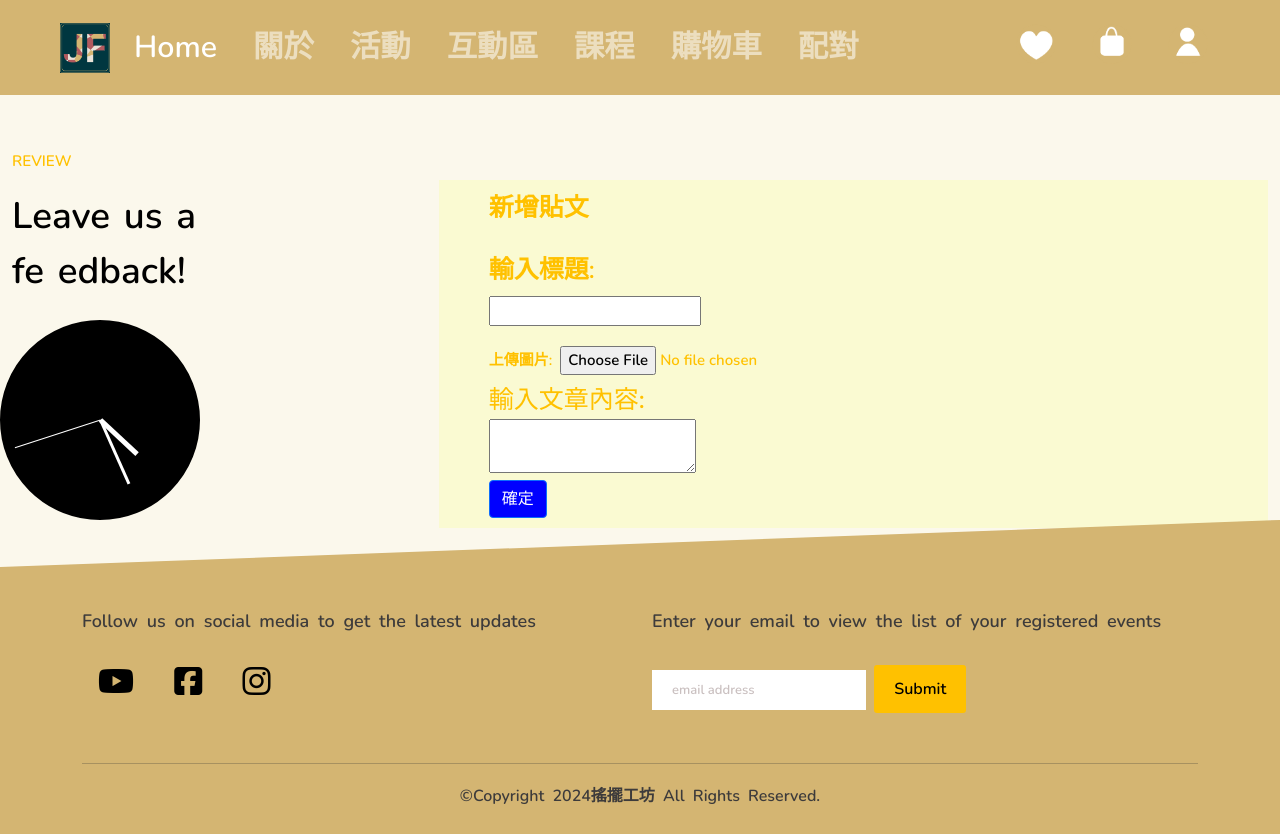
Repository: mmmooonnn0211/project
Page: workspace/demoSpringBoot-1/src/main/resources/static/html/LTInsertFront.html
An editor plug-in stored every save of this project. The page is shown before and after the next save, followed by the edit.
The browser window is 1280 px wide. The pictures show the whole page.
Some web libraries are served in a nearby version.

Above is the page before, as saved 2024-05-09 13:47:11.
Console error: ReferenceError: jQuery is not defined

### workspace/demoSpringBoot-1/src/main/resources/static/html/LTInsertFront.html
<!DOCTYPE html>
<html lang="en">

<head>
	<meta charset="UTF-8">
	<meta name="viewport" content="width=device-width, initial-scale=1.0">
	<style>
		.main {
			min-height: 55vh;
			/* 让 .slant 至少占据整个视口高度 */

		}

		.clock {
			width: 200px;
			height: 200px;
			border: 2px solid #000;
			border-radius: 50%;
			background-color: #000;
			position: relative;
			margin-top: -20%;
		}

		.hour,
		.minute,
		.second {
			position: absolute;
			background-color: white;
			transform-origin: bottom center;
			/* 將旋轉的中心設置為底部中心 */
		}

		.hour {
			width: 5px;
			height: 50px;
			left: calc(50% - 2.5px);
			/* 計算時鐘中心 */
			bottom: 50%;
			background-color: white;
			/* 時針顏色：紅色 */
		}

		.minute {
			width: 3px;
			height: 70px;
			left: calc(50% - 1.5px);
			/* 計算時鐘中心 */
			bottom: 50%;
			background-color: white;
			/* 分針顏色：藍色 */
		}

		.second {
			width: 1px;
			height: 90px;
			left: calc(50% - 0.5px);
			/* 計算時鐘中心 */
			bottom: 50%;
			background-color: white;
			/* 秒針顏色：綠色 */
		}
	</style>
	<!-- Bootstrap CSS -->
	<link href="https://cdn.jsdelivr.net/npm/bootstrap@5.0.0-beta3/dist/css/bootstrap.min.css" rel="stylesheet"
		integrity="sha384-eOJMYsd53ii+scO/bJGFsiCZc+5NDVN2yr8+0RDqr0Ql0h+rP48ckxlpbzKgwra6" crossorigin="anonymous">
	<script src="https://kit.fontawesome.com/4287c80df9.js" crossorigin="anonymous"></script>

	<!--Google Font : Nunito-->
	<link rel="preconnect" href="https://fonts.gstatic.com">
	<link href="https://fonts.googleapis.com/css2?family=Nunito:wght@600&display=swap" rel="stylesheet">

	<!-- For style(All CSS content) -->
	<link rel="stylesheet" type="text/css" href="../styles/home.css" />
	<link rel="stylesheet" type="text/css" href="../styles/footer.css" />
	<link rel="stylesheet" type="text/css" href="../styles/navbar.css" />
	<link rel="icon" href="images/favicon.ico">

	<!-- JS Bundle for BS  -->
	<script src="https://cdn.jsdelivr.net/npm/popper.js@1.16.1/dist/umd/popper.min.js"
		integrity="sha384-9/reFTGAW83EW2RDu2S0VKaIzap3H66lZH81PoYlFhbGU+6BZp6G7niu735Sk7lN" crossorigin="anonymous">
		</script>

</head>


<body>



	</div>
	<!-- <section> -->
	<div class="main">
		<form method="post" action=" /LTinsertFront.controller" enctype="multipart/form-data"
			onsubmit="return validateForm();">
			<div class="container-fluid" style="margin-top: 150px;">
				<div class="row" style="margin-bottom: 100px; margin-top: 100px;">
					<div class="col-md-4" style="text-align: left;">
						<p class="review">REVIEW</p>
						<p class="feedback">Leave us a <br>fe edback!</p>
					</div>
					<div class="col-sm-8">
						<div class="container" id="cards" style="  background-color:lightgoldenrodyellow">
							<div class="" style="margin: auto;">
								<div id="sugg" class="neon-yellow" style="font-weight: bold; font-size: 25px; ">新增貼文
								</div>
								<br>
								<div id="text" class="neon-yellow" style=" font-size: 25px;">輸入標題:
								</div>
								<div style="height:50px; ">
									<input id="title" name="title" style="width: auto;" ; />
								</div>
								<div id="text" class="neon-yellow" style="font-weight: bold; font-size: 15px;">上傳圖片:
									<input type="file" id="picture" name="picture" />
								</div>

								<div id="picture" class="neon-yellow" style="font-size:25px; ">
									輸入文章內容:
								</div>
								<textarea id="content" name="content"></textarea>

								<div>
									<button type="submit" class="btn btn-primary"
										style="background-color:blue">確定</button>
								</div>
							</div>
						</div>
					</div>
				</div>
			</div>
		</form>
		<div class="container text-center">

		</div>
	</div>




	<div class="container">
	</div>


	<script>

		fetch('basic.html')
			.then(response => response.text())
			.then(html => {
				document.body.innerHTML += html;
			});

	</script>
	<div id="clock"></div>

	<div class="clock" id="clock">
		<div class="hour" id="hour"></div>
		<div class="minute" id="minute"></div>
		<div class="second" id="second"></div>
	</div>

	<script>
		function updateClock() {
			var now = new Date();
			var hours = now.getHours();
			var minutes = now.getMinutes();
			var seconds = now.getSeconds();

			var hourDeg = (hours % 12) * 30 + minutes * 0.5; // 一小時30度，一分鐘0.5度
			var minuteDeg = minutes * 6; // 一分鐘6度
			var secondDeg = seconds * 6; // 一秒鐘6度

			document.getElementById('hour').style.transform = 'rotate(' + hourDeg + 'deg)';
			document.getElementById('minute').style.transform = 'rotate(' + minuteDeg + 'deg)';
			document.getElementById('second').style.transform = 'rotate(' + secondDeg + 'deg)';
		}

		// 每秒更新一次時間
		setInterval(updateClock, 1000);

		// 初始化頁面時立即更新時間
		updateClock();
	</script>
	<script type="text/javascript" charset="utf8"
		src="https://cdn.datatables.net/1.11.5/js/jquery.dataTables.js"></script>
	<script src="https://cdn.jsdelivr.net/npm/bootstrap@5.0.0-beta3/dist/js/bootstrap.bundle.min.js"
		integrity="sha384-JEW9xMcG8R+pH31jmWH6WWP0WintQrMb4s7ZOdauHnUtxwoG2vI5DkLtS3qm9Ekf" crossorigin="anonymous">
		</script>

</body>

</html>

### workspace/demoSpringBoot-1/src/main/resources/static/styles/home.css
/* hiding vertical scroll bar from every page */
::-webkit-scrollbar {
  width: 0 !important
}




body {
  font-family: 'Nunito', sans-serif;
  background-color: #FBF8EC;
  word-spacing: 0.25rem;
}

::selection {
  color: black;
  background: #ffc100;
}

::placeholder {
  color: rgb(202, 192, 192);
}

.neon-yellow {
  color: #ffc100;
}

.working-heading {
  font-size: 2.3rem;
  font-weight: bold;
  color: black;
}


.date-style {
  font-weight: 850;
  padding: 0 0 0.3rem 0;
}

.sub-heading {
  font-size: 1.5rem;
  font-weight: 1000;
  padding: 0 0 0.3rem 0;
}

.small-subtext {
  color: black;
  font-weight: 700;
  font-size: 1rem;
}

.process-heading {
  font-weight: 1000;
  font-size: 0.95rem;
}

.eng,
.feedback,
.some {
  font-size: 2.3rem;
  font-weight: 1000;
  color: black;
}

.center-line {
  border-left: 0.58rem solid #ffc100;
  height: 110%;
  position: absolute;
  top: 0%;
  left: 0%;
}

.padding-for-mobile {
  padding: 0 1rem 2rem 4rem;
  text-align: left;
  /*background-color:  white;*/
}

.stickyy-corner {
  position: -webkit-sticky;
  position: sticky;
  top: 0;
}

.timeline-left-style {
  color: black;
  text-align: right;
  padding: 0 4rem 0 5.2rem;
}

.timeline-right-style {
  color: black;
  text-align: left;
  position: relative;
  padding: 0 5.2rem 0 4rem;
  overflow-y: hidden;
}

.d-block {
  margin-top: 2%;
  border-radius: 7px;
  border: 3px solid rgb(245, 241, 241);
  width: 100%;
}

.chess,
.review,
.event {
  color: #ffc100;
  font-weight: 850;
  font-size: 0.95rem;
}


#text {
  font-weight: 850;
  font-size: 0.75rem;
  margin-bottom: 7px;
}

#sugg {
  font-size: 1.5rem;
  font-weight: 1000;
}

#btn {
  background-color: #ffc100;
  color: rgb(0, 0, 0);
  padding: 10px 20px;
  text-align: center;
  border: none;
  border-radius: 3px;
  display: block;
  margin: auto;
  margin-top: 15px;
  font-weight: bold;
}


#box,
#msg {
  background-color: #DDDDDD;
  border-radius: 3.5px;
  border: none;
  margin-bottom: 12px;
  width: 100%;
}

#msg {
  height: 120px;
}

#box {
  height: 35px;
}

#spon {
  color: black;
  margin-top: 60px;
  display: flex;
  justify-content: space-evenly;
  align-items: center;
  font-weight: bold;
  margin-bottom: 20px;
}

.image {
  height: 100px;
}

.image3 {
  height: 250px;
  overflow-y: hidden;
}

.pic1,
.pic2 {
  font-weight: bold;
  font-size: medium;
}

.pic1 {
  margin-top: 20px;
}

.column {
  display: flex;
  flex-direction: column;
  justify-content: space-evenly;
  align-items: center;
}

.columns {
  display: flex;
  flex-direction: column;
  justify-content: center;
  align-items: flex-start;
}

.pic2 {
  color: gray;
  font-size: small;
}

.event,
.some,
.last,
.pic,
.pic1,
.pic2 {
  display: flex;
  justify-content: space-evenly;
  align-items: center;
}

.subhead {
  color: black;
  font-size: 3rem;
  overflow-y: hidden;
}

.active {
  color: #ffc100;
}

.active:hover {
  color: #ffc100;
}

p {
  color: black;
}

.title-img {
  width: 25%;
  margin-left: 8%;
  transform: rotate(10deg);
}

.hover {
  color: #ffc100;
}

.title-img3 {
  width: 25%;
  transform: rotate(-10deg);
}

.title-img2 {
  width: 35%;
  padding-right: 5%;
  padding-left: 5%;


}

.carousel-img-styles {
  border: 0.13rem solid black;
  border-radius: 1rem;
}

h1 {
  font-size: 5rem;
  line-height: 1.5;
  font-weight: 900;
}

#title {
  margin-bottom: 11rem;
}

.col-lg-3 {
  padding-left: 3rem;
}

.ex-btn {
  margin-top: 2.5rem;
  margin-bottom: 30px;
}

.carousel-container {
  width: 55%;
}

#cards {
  padding: 10px 50px;
}

.card {
  background-color: black;
  border-radius: 10px;
  /* display: block;
    margin: auto;
    font: 16px;
    width:55%; */
  padding: 30px 20px;

}

@media only screen and (max-width: 767px) {
  .small-subtext {
    font-size: 0.8rem;
  }

  .padding-for-mobile {
    padding: 0 0 4rem 2rem;
  }

  /*
  .sticky-corner {
    position: static;
  }
  */
  #cards {
    padding: 0px 20px;
  }


  .sub-heading {
    font-size: 1.3rem;
  }

  .process-heading {
    font-size: 0.85rem;
  }

  .working-heading {
    font-size: 1.5rem;
  }

  .timeline-left-style {
    padding: 0 2.5rem 0 3rem;
  }

  .timeline-right-style {
    padding: 0 3rem 0 2.5rem;
  }

  #spon {
    font-size: 1.5rem;
  }

  .some,
  .eng,
  .feedback {
    font-size: 1.5rem;
  }

  .card {
    width: 100%;
  }

  .pic {
    flex-direction: column;
  }

  .carousel-container {
    width: 85%;
  }
}

@media only screen and (max-width: 575px) {

  .title-img,
  .title-img3 {
    display: none;
  }

  .title-img2 {
    display: block;
    margin: auto;
    width: 100%;
    padding: 50px;
  }
}

@media only screen and (max-width: 375px) {


  .date-style {
    font-size: 0.8rem;
  }

  .sub-heading {
    font-size: 0.9rem;
  }

  .small-subtext {
    font-size: 0.7rem;
  }

  .timeline-left-style {
    padding: 0 1.6rem 0 2rem;
  }

  .timeline-right-style {
    padding: 0 2rem 0 2rem;
  }
}

### workspace/demoSpringBoot-1/src/main/resources/static/styles/footer.css
/*
hiding vertical scroll bar from every page
*/
::-webkit-scrollbar {
    width: 0 !important
}




.slant {
    /* width: 110%;
    background-color: #DDDDDD;
    transform: rotate(-3deg);
    height: 100px; */
    clip-path: polygon(0 15%, 100% 0, 100% 100%, 0 100%);
  }

  .container{
    margin-top: 30px;
  }

  .left, .right {
    font-size: large;
    font-weight: bold;
    margin-top: 50px;
    color: rgb(61, 59, 59);
    margin-bottom: 30px;
  }

  .below {
    background-color:#D4B572;
    position: relative;
    padding-top: 8px;
    padding-bottom: 6px;
    width: 100%;
    height: 100%;
  }

  #mail {
    border: none;
    height: 30px;
    padding: 20px;
    font-size: small;
    font-weight: bold;
  }

  #bttn {
    background-color: #ffc100;
    color: black;
    padding: 12px 20px;
    text-align: center;
    border: none;
    border-radius: 3px;
    font-weight: bold;
  }


  .fa-youtube:hover{
    color: rgb(230, 59, 59);
    transition: 0.5s;
  }

  .fa-twitter:hover, .fa-facebook-square:hover{
    color: rgba(18, 212, 212, 0.596);
    transition: 0.5s;
  }

  .fa-instagram:hover{
    color: rgb(218, 30, 61);
    transition: 0.5s;
  }

  .fa-github{
    color: rgb(43, 36, 36);
    transition: 0.5s;
  }

  .fab {
    padding: 0 1rem 0 1rem;
    font-size: 2rem;
    color: black;
  }

  .last {
    font-weight: 900;
    color: rgb(61, 59, 59);
    margin: 20px;
    display: flex;
  justify-content: space-evenly;
  align-items: center;
  }

  @media only screen and (max-width: 767px) {
    .slant{
      clip-path: polygon(0 5%, 100% 0, 100% 100%, 0 100%);
    }
  }

  @media only screen and (max-width: 375px) {
    .slant{
      clip-path: polygon(0 5%, 100% 0, 100% 100%, 0 100%);
    }
  }

### workspace/demoSpringBoot-1/src/main/resources/static/styles/navbar.css
/* 鼠標移動導覽列*/
.nav-item :hover {
  color: rgb(255, 128, 128);
  cursor: pointer;
  background-color: #B15A5E;
  border-radius: 10px;
}

.navbar a {
  color: #ff2600a2;
  border-radius: 10px;
}


.navbar {
  padding: 1rem 2rem;
  position: fixed;
  z-index: 100;
  width: 100%;
  margin: 0;
  top: 0;
  left: 0;
  background-color: #D4B572;
}

.nav-item {
  padding: 0 20px 0 0;
}

.nav-link {
  font-size: 1.9rem;
  font-weight: 900;

}


.dropdown-item,
.dropdown-menu {
  background-color: #B15A5E;
  color: #BF3F41;
  ;
  margin: 0;
}






.dropdown-menu a {
  color: white;
  ;
  text-decoration: none;
  display: block;
  text-align: left;
}

### workspace/demoSpringBoot-1/src/main/resources/static/html/basic.html
<!doctype html>
<html lang="en">

<head>
    <!-- Required meta tags -->
    <meta charset="utf-8">
    <meta name="viewport" content="width=device-width, initial-scale=1">




    <title>JFSwing</title>
</head>

<body>

    <!-- Shashank's Section -->
    <!-- <section class="title"> -->
    <!-- Navbar section -->
    <nav class="navbar navbar-expand-lg navbar-dark">
        <!-- <LOGO> -->
        <div class="container-fluid">
            <div width="50px" height="50px">
                <a class="m-3" href="index.html"> <img src="../images/LOGO.png" width="50px" height="50px"
                        alt="Eternals">
                </a>
                <button class="navbar-toggler" type="button" data-bs-toggle="collapse" data-bs-target="#navbarCollapse"
                    aria-controls="navbarCollapse" aria-expanded="false" aria-label="Toggle navigation">
                    <span class="navbar-toggler-icon"></span>
                </button>
            </div>
            <div class="collapse navbar-collapse" id="navbarCollapse">
                <ul class="navbar-nav ">
                    <li class="nav-item">
                        <a class="nav-link active" href="frontPage.html">Home </a>
                    </li>
                    <li class="nav-item">
                        <a class="nav-link" href="about.html">關於</a>
                    </li>
                    <li class="nav-item">
                        <a class="nav-link" href="EventAll.html">活動</a>
                    </li>
                    <li class="nav-item">
                        <a class="nav-link" href="/LTSelectAll2">互動區</a>
                    </li>
                    <li class="nav-item">
                        <a class="nav-link" href="contact.html">課程</a>
                    </li>
                    <li class="nav-item">
                        <a class="nav-link" href="">購物車</a>
                    </li>
                    <li class="nav-item">
                        <a class="nav-link" href="">配對</a>
                    </li>

                </ul>

            </div>

            <!-- <右上角的東西> -->
            <div class="navbar-nav justify-content-end">
                <ul class="navbar-nav">
                    <li class="nav-item">
                        <div class="m-2 rounded-circle overflow-hidden align-self-center ratio ratio-1x1"
                            style="width: 40px">
                            <img src="../images/LOVE.png" alt="" class="object-fit-cover w-100 h-100" />
                        </div>
                    </li>
                    <li class="nav-item">
                        <div class="m-2 rounded-circle overflow-hidden align-self-center ratio ratio-1x1"
                            style="width: 40px">
                            <img src="../images/SHOP.png" alt="" class="object-fit-cover w-100 h-100" />
                        </div>
                    </li>
                    <li class="nav-item">
                        <a href="#" target="_blank"
                            class="m-2 rounded-circle overflow-hidden align-self-center ratio ratio-1x1"
                            style="width: 40px; display: inline-block;">
                            <img src="../images/MAN.png" alt="Facebook" class="object-fit-cover w-100 h-100" />
                        </a>
                    </li>

                </ul>

            </div>
        </div>
    </nav>

    <!-- Title -->
    <!-- <中間> -->



    <!-- footer-->
    <div class="slant footer-content mt-auto">

        <footer class="below">
            <div class="container">
                <div class="row">
                    <div class="col-lg-6">
                        <p class="left">Follow us on social media to get the latest updates</p>
                        <a href="#"><i class="fab fa-youtube"></i></a>
                        <a href="https://www.facebook.com/apple.hi.77?mibextid=kFxxJD"><i
                                class="fab fa-facebook-square"></i></a>
                        <a href="#"><i class="fab fa-instagram"></i></a>

                    </div>
                    <div class="col-lg-6">
                        <p class="right">Enter your email to view the list of your registered events</p>
                        <input id="mail" placeholder="email address">
                        <span><button id="bttn">
                                Submit </button></span>
                    </div>
                </div>
                <hr style="margin-top: 50px;">
            </div>
            <div class="last">&copy;Copyright 2024搖擺工坊 All Rights Reserved.</div>
        </footer>

    </div>



</body>

</html>

After the next save:
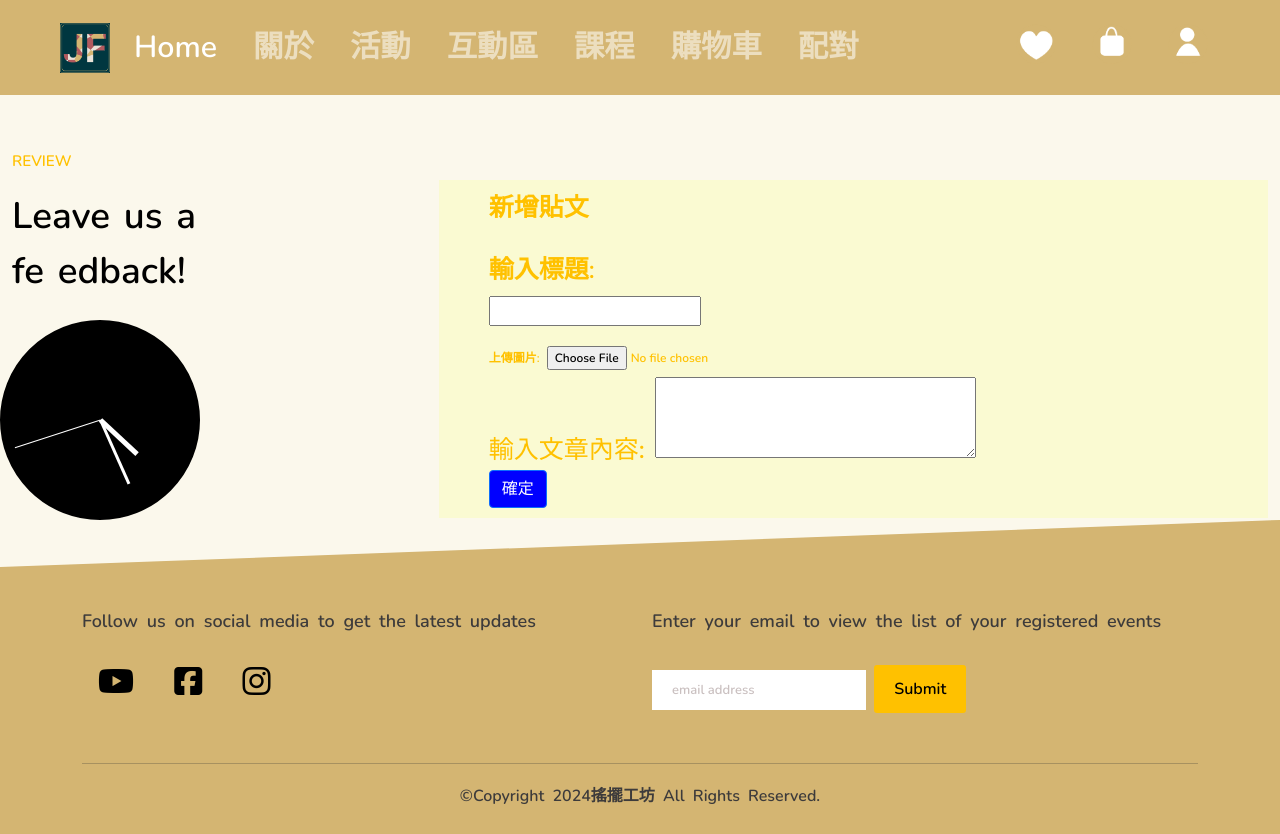
Saved 19 s later.
--- a/workspace/demoSpringBoot-1/src/main/resources/static/html/LTInsertFront.html
+++ b/workspace/demoSpringBoot-1/src/main/resources/static/html/LTInsertFront.html
@@ -109,14 +109,14 @@
 								<div style="height:50px; ">
 									<input id="title" name="title" style="width: auto;" ; />
 								</div>
-								<div id="text" class="neon-yellow" style="font-weight: bold; font-size: 15px;">上傳圖片:
+								<div id="text" class="neon-yellow" style="font-weight: bold; font-size: 15	px;">上傳圖片:
 									<input type="file" id="picture" name="picture" />
 								</div>
 
 								<div id="picture" class="neon-yellow" style="font-size:25px; ">
 									輸入文章內容:
+									<textarea id="content" name="content"></textarea>
 								</div>
-								<textarea id="content" name="content"></textarea>
 
 								<div>
 									<button type="submit" class="btn btn-primary"
